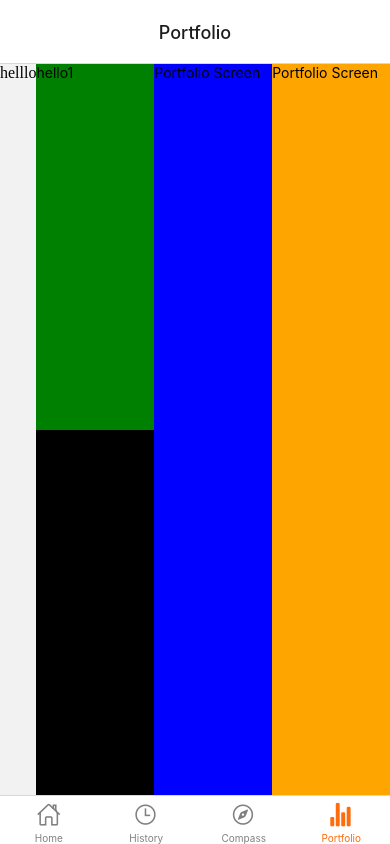
Repository: duongnoob23/WIND_SPEED_IOT
Screen: /Portfolio
The author's editor kept a copy of each file at every save. The screen is drawn from the files as they stood at one save, then again after the next save.
The app was drawn by React Native's web renderer in a window 390 px wide. The project was rebuilt for these pictures with package versions that can differ from the ones it lists, and the page was loaded fresh each time. Also part of the build but not shown: src/page/screens/HomeScreen.js, src/page/screens/ExpensesScreen.js.

Above is the screen before, as saved 2025-03-11 14:46:24.

### App.tsx
import React from "react";
import { NavigationContainer } from "@react-navigation/native";
import AppNavigator from "./src/navigation/AppNavigator";

const App = (): JSX.Element => {
  return (
    <NavigationContainer>
      <AppNavigator />
    </NavigationContainer>
  );
};

export default App;

### src/navigation/AppNavigator.tsx
import React from "react";
import TabNavigator from "./TabNavigator";

const AppNavigator = () => {
  return <TabNavigator />;
};

export default AppNavigator;

### src/navigation/TabNavigator.tsx
import React from "react";
import { createBottomTabNavigator } from "@react-navigation/bottom-tabs";
import { Ionicons } from "@expo/vector-icons";

// Import các màn hình
import HomeScreen from "../page/screens/HomeScreen";
import ExpensesScreen from "../page/screens/ExpensesScreen";
import PortfolioScreen from "../page/screens/PortfolioScreen";
import BankAccountsScreen from "../page/screens/BankAccountsScreen";
import WindScreen from "../page/screens/WindScreen";
import CoreNavigation from "../page/screens/CoreNavigation";

const Tab = createBottomTabNavigator();

const TabNavigator = () => {
  return (
    <Tab.Navigator
      screenOptions={({ route }) => ({
        tabBarIcon: ({ focused, color, size }) => {
          let iconName: keyof typeof Ionicons.glyphMap;
          if (route.name === "Home") {
            iconName = focused ? "home" : "home-outline";
          } else if (route.name === "Expenses") {
            iconName = focused ? "cash" : "cash-outline";
          } else if (route.name === "Portfolio") {
            iconName = focused ? "stats-chart" : "stats-chart-outline";
          } else if (route.name === "BankAccounts") {
            iconName = focused ? "wallet" : "wallet-outline";
          } else if (route.name === "History") {
            iconName = focused ? "time" : "time-outline"; // Ví dụ
          } else if (route.name === "Compass") {
            iconName = focused ? "compass" : "compass-outline"; // Ví dụ
          } else {
            iconName = "help-circle-outline";
          }
          return <Ionicons name={iconName} size={size} color={color} />;
        },
        tabBarActiveTintColor: "#FF6B0D",
        tabBarInactiveTintColor: "gray",
        headerTitleAlign: "center",
      })}
    >
      <Tab.Screen name="Home" component={WindScreen} />
      <Tab.Screen name="History" component={HomeScreen} />
      <Tab.Screen name="Compass" component={ExpensesScreen} />
      <Tab.Screen name="Portfolio" component={PortfolioScreen} />
      {/* <Tab.Screen name="BankAccounts" component={BankAccountsScreen} />
      <Tab.Screen name="Core" component={CoreNavigation} /> */}
    </Tab.Navigator>
  );
};
export default TabNavigator;

### src/page/screens/PortfolioScreen.js
import React from "react";
import { View, Text, StyleSheet } from "react-native";

export default function PortfolioScreen() {
  return (
    <View style={styles.container}>
      {/* Box1 */}
      helllo
      <View style={styles.box1}>
        <View style={styles.box11}>
          <Text style={styles.text}>hello1</Text>
        </View>
        <View style={styles.box12}>
          <Text style={styles.text}>hello2</Text>
        </View>
      </View>
      {/* Box2 */}
      <View style={styles.box2}>
        <Text style={styles.text}>Portfolio Screen</Text>
      </View>
      {/* Box3 */}
      <View style={styles.box3}>
        <Text style={styles.text}>Portfolio Screen</Text>
      </View>
    </View>
  );
}

const styles = StyleSheet.create({
  container: {
    flex: 1,
    // justifyContent: "center",
    // alignItems: "center",
    flexDirection: "row",
    // flexDirection: "column",
  },
  box1: {
    width: "100%",
    flex: 1,
    backgroundColor: "red",
    flexDirection: "column",
  },
  box11: {
    flex: 1,
    backgroundColor: "green",
  },
  box12: {
    flex: 1,
    backgroundColor: "black",
  },

  box2: {
    width: "100%",
    flex: 1,
    backgroundColor: "blue",
  },
  box3: {
    width: "100%",
    flex: 1,
    backgroundColor: "orange",
  },
});

// học css bootstrap
// học css grip
// học css evondev

### src/page/screens/WindScreen.js
// import React from "react";
// import { View, Text, StyleSheet } from "react-native";
// // Ionicons (hoặc dùng bất kỳ bộ icon nào bạn thích)
// import { Ionicons } from "@expo/vector-icons";

// const WindScreen = () => {
//   // Dữ liệu demo
//   const windSpeed = 7.8; // Đơn vị m/s (hoặc km/h)
//   const windLevel = "Gentle Breeze"; // Mức độ gió (tùy vào thang đo Beaufort)

//   return (
//     <View style={styles.container}>
//       {/* Tiêu đề (ví dụ hiển thị tên địa điểm, có thể bỏ nếu không cần) */}
//       <Text style={styles.locationText}>Hà Nội, Việt Nam</Text>

//       {/* Icon gió lớn ở giữa */}
//       <Ionicons name="md-wind" size={120} color="#fff" style={styles.icon} />

//       {/* Thông số tốc độ gió */}
//       <Text style={styles.windSpeed}>{windSpeed} m/s</Text>

//       {/* Mô tả mức độ gió */}
//       <Text style={styles.windLevel}>{windLevel}</Text>
//     </View>
//   );
// };

// export default WindScreen;

// const styles = StyleSheet.create({
//   container: {
//     flex: 1,
//     backgroundColor: "#4776E6", // Màu nền giả lập, bạn có thể đổi thành gradient
//     alignItems: "center",
//     justifyContent: "center",
//   },
//   locationText: {
//     fontSize: 20,
//     color: "#fff",
//     marginBottom: 20,
//   },
//   icon: {
//     marginVertical: 20,
//   },
//   windSpeed: {
//     fontSize: 50,
//     color: "#fff",
//     fontWeight: "bold",
//     marginBottom: 10,
//   },
//   windLevel: {
//     fontSize: 24,
//     color: "#fff",
//   },
// });

import React, { useEffect } from "react";
import { View, Text, StyleSheet, Animated, ScrollView } from "react-native";
import Icon from "react-native-vector-icons/FontAwesome"; // Sử dụng FontAwesome từ react-native-vector-icons

const WindScreen = () => {
  // Animated value cho hiệu ứng rung
  const shakeAnimation = new Animated.Value(0);

  // Dữ liệu demo
  const currentWindSpeed = 11; // m/s (theo hình ảnh)
  const windLevel = "Heavy Rain"; // Theo hình ảnh
  const forecastData = [
    { day: "Two hours ago", speed: 6.5, icon: "cloud" },
    { day: "One hours ago", speed: 11, icon: "cloud" },
    { day: "Now", speed: 7.8, icon: "cloud" },
  ];

  // Hiệu ứng rung cho icon
  useEffect(() => {
    const animate = () => {
      Animated.sequence([
        Animated.timing(shakeAnimation, {
          toValue: 10,
          duration: 100,
          useNativeDriver: true,
        }),
        Animated.timing(shakeAnimation, {
          toValue: -10,
          duration: 100,
          useNativeDriver: true,
        }),
        Animated.timing(shakeAnimation, {
          toValue: 0,
          duration: 100,
          useNativeDriver: true,
        }),
      ]).start(() => setTimeout(animate, 2000)); // Lặp lại sau 2 giây
    };
    animate();
  }, [shakeAnimation]);

  const shakeStyle = {
    transform: [{ translateX: shakeAnimation }],
  };

  return (
    // <ScrollView>
    <View style={styles.container}>
      <Text style={styles.locationText}>London, United Kingdom</Text>

      <Animated.View style={[styles.iconContainer, shakeStyle]}>
        <Icon name="cloud" size={120} color="#FFD60A" />
      </Animated.View>

      <Text style={styles.windSpeed}>{currentWindSpeed} km/h</Text>
      <Text style={styles.windLevel}>{windLevel}</Text>

      <View style={styles.forecastContainer}>
        {forecastData.map((item, index) => (
          <View key={index} style={styles.forecastBox}>
            <Text style={styles.forecastDay}>{item.day}</Text>
            <Icon name={item.icon} size={30} color="#fff" />
            <Text style={styles.forecastSpeed}>{item.speed} m/s</Text>
          </View>
        ))}
      </View>
    </View>
    // {/* </ScrollView> */}
  );
};

export default WindScreen;

const color1 = "black";

const styles = StyleSheet.create({
  container: {
    flex: 1,
    // backgroundColor: "rgba(0, 0, 0, 0.5)", // Nền mờ ảo
    backgroundColor: "black",
    // borderColor: "black",
    // borderWidth: 10,
    alignItems: "center",
    justifyContent: "center",
    padding: 20,
  },
  locationText: {
    fontSize: 20,
    color: "#fff",
    marginBottom: 20,
    textAlign: "center",
  },
  iconContainer: {
    marginVertical: 20,
  },
  windSpeed: {
    fontSize: 50,
    color: "#FFD60A",
    fontWeight: "bold",
    marginBottom: 20,
    textAlign: "center",
  },
  windLevel: {
    fontSize: 24,
    color: "#fff",
    textAlign: "center",
    marginBottom: 100,
  },
  forecastContainer: {
    flexDirection: "row",
    justifyContent: "space-between",
    width: "100%",
  },
  forecastBox: {
    backgroundColor: "rgba(255, 255, 255, 0.2)", // Ô vuông mờ
    borderWidth: 1,
    borderColor: "#fff",
    borderRadius: 10,
    padding: 10,
    alignItems: "center",
    width: "30%",
  },
  forecastDay: {
    fontSize: 12,
    color: "#fff",
    marginBottom: 5,
  },
  forecastSpeed: {
    fontSize: 18,
    color: "#fff",
    fontWeight: "bold",
  },
});

After the next save:
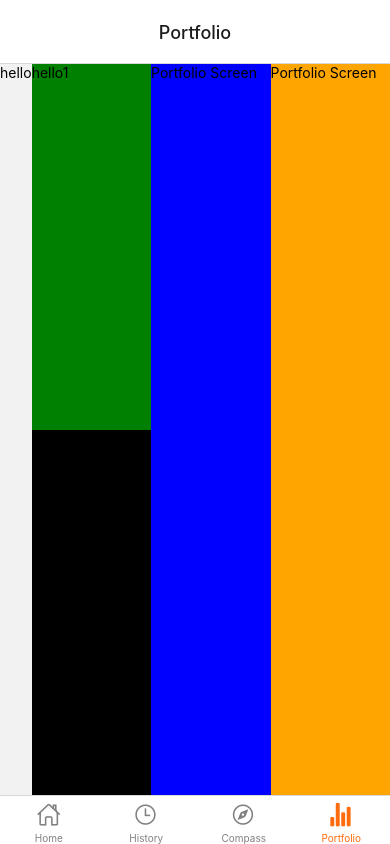
Saved 19 s later.
--- a/src/page/screens/PortfolioScreen.js
+++ b/src/page/screens/PortfolioScreen.js
@@ -5,7 +5,7 @@ export default function PortfolioScreen() {
   return (
     <View style={styles.container}>
       {/* Box1 */}
-      helllo
+      <Text>hello</Text>
       <View style={styles.box1}>
         <View style={styles.box11}>
           <Text style={styles.text}>hello1</Text>
